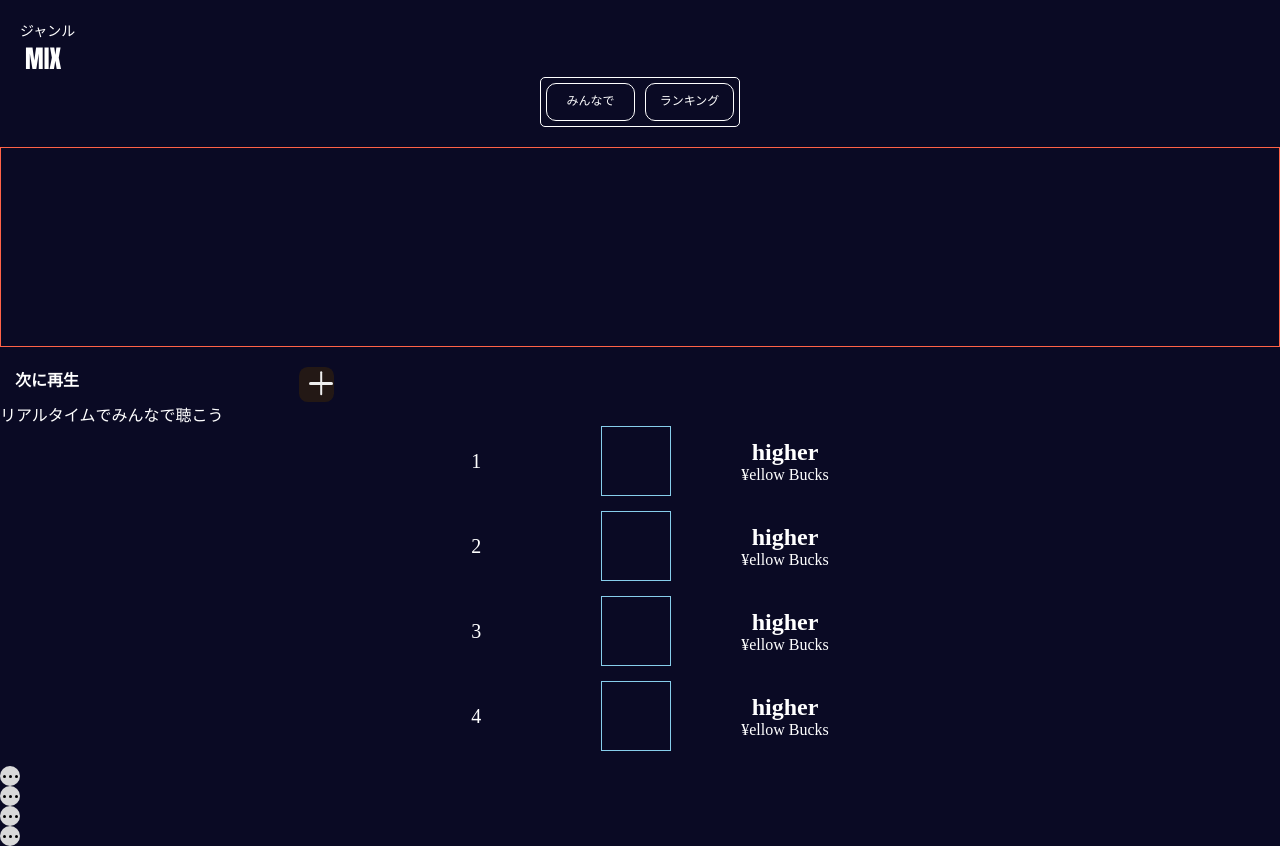
Repository: FujieRyou/2024_team
Page: /LoggedIn
An editor plug-in stored every save of this project. The page is shown before and after the next save, followed by the edit.
The browser window is 1280 px wide. The pictures show the whole page.
The project was rebuilt for these pictures with package versions that can differ from the ones it lists, and the page was loaded fresh each time. The framework's server and built-in components were replaced by stand-ins that run in the browser. Also part of the build but not shown: next.config.js.

Above is the page before, as saved 2024-01-10 09:55:26.

After the next save:
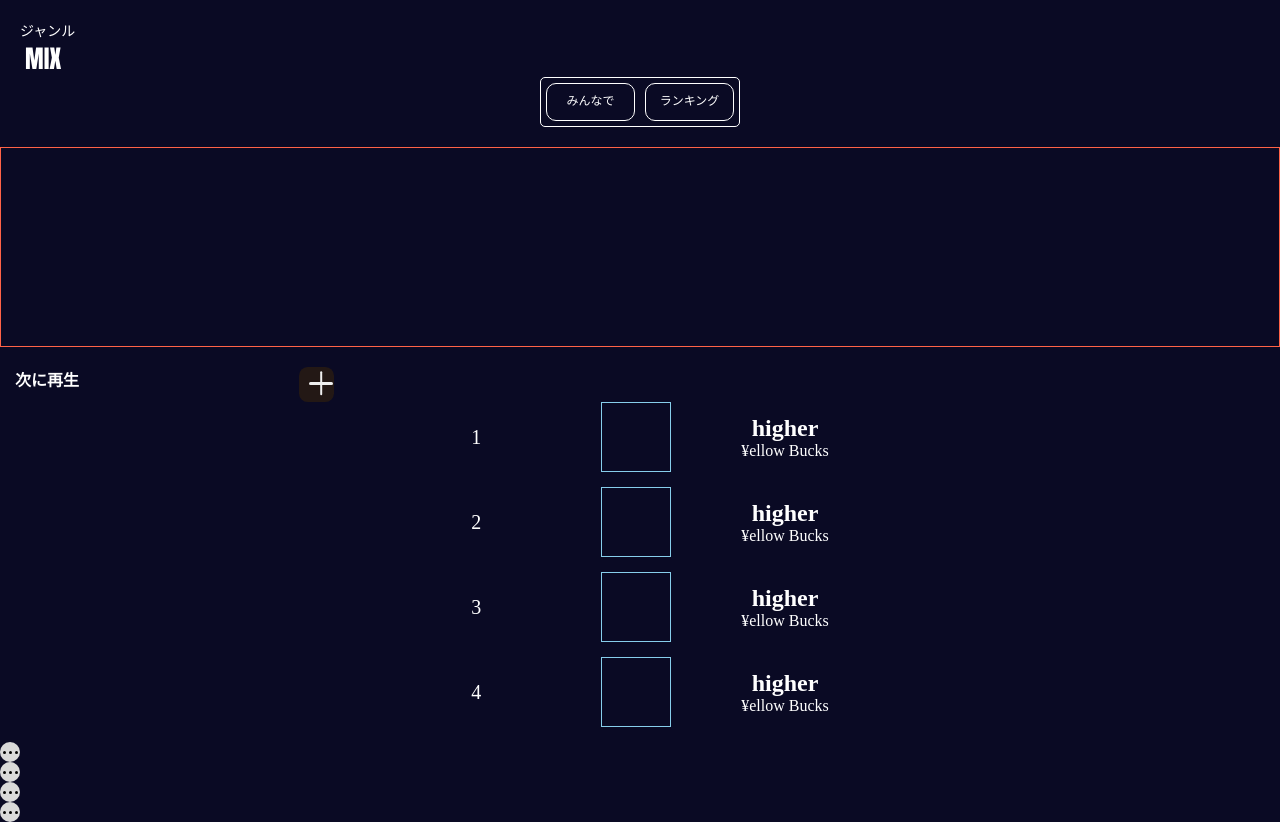
Saved 6 min 24 s later.
--- a/src/pages/LoggedIn.jsx
+++ b/src/pages/LoggedIn.jsx
@@ -26,7 +26,6 @@ function LoggedIn (){
                     <span class="back"></span>
                 </div>
         </div>
-        <p class="addition_text">リアルタイムでみんなで聴こう</p>
         <div id="songContent_wrap">
             <p class="song_num">1</p>
             <div id="song_wrap">
